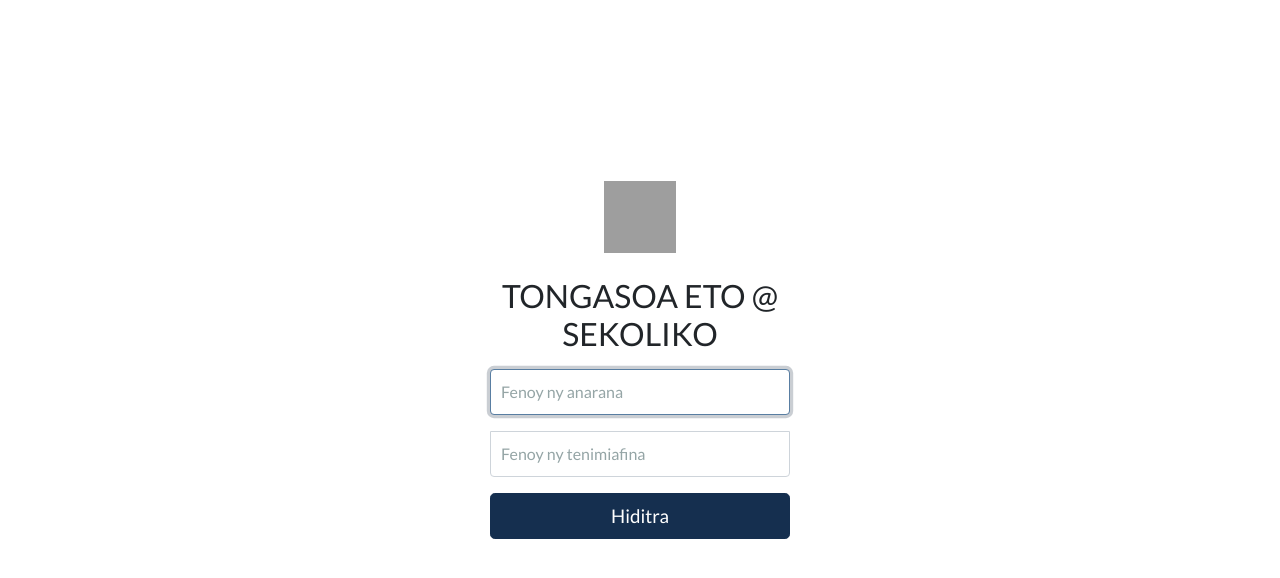
Repository: niainamahefa/j2ee-sekoliko
Page: http://localhost/Ecole/login
The author's editor kept a copy of each file at every save. The page is drawn from the files as they stood at one save, then again after the next save.
The browser window is 1280 px wide. The pictures show the whole page.
Pictures or frames that could not be fetched are drawn as grey boxes. The page is served by Tomcat 9.

Above is the page before, as saved 2021-02-03 18:34:17.

After the next save:
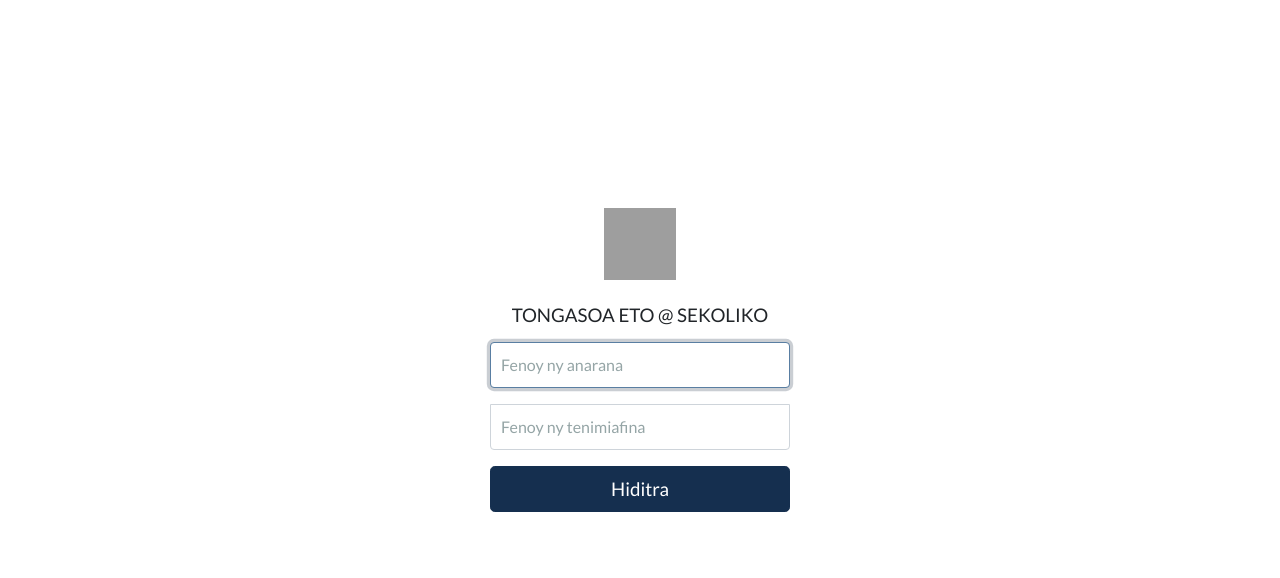
Saved 12 s later.
--- a/Ecole/WebContent/WEB-INF/login.jsp
+++ b/Ecole/WebContent/WEB-INF/login.jsp
@@ -36,7 +36,7 @@
   <body class="text-center">
 	    <form class="form-signin" method="post">
 		  <img class="mb-4" src="../assets/brand/bootstrap-solid.svg" alt="" width="72" height="72">
-		  <h1 class="h3 mb-3 font-weight-normal">TONGASOA ETO @ SEKOLIKO</h1>
+		  <h1 class="h5 mb-3 font-weight-normal">TONGASOA ETO @ SEKOLIKO</h1>
 		  <label for="inputEmail" class="sr-only">Anarana</label>
 		  <input type="text" id="inputEmail" class="form-control" placeholder="Fenoy ny anarana"  name="anarana" required autofocus>
 		  <label for="inputPassword" class="sr-only">Tenimiafina</label>
